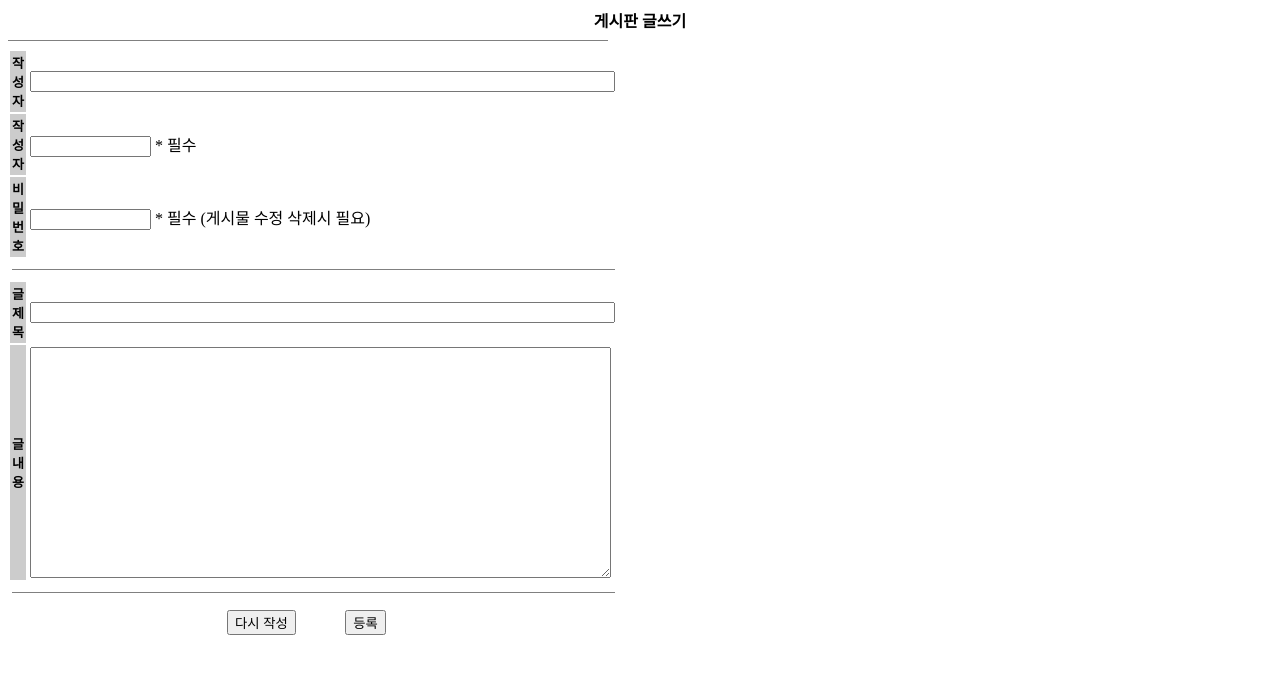
Repository: kalmia26/Capstone
Page: http://localhost/LectureSystem/write2.jsp
An editor plug-in stored every save of this project. The page is shown before and after the next save, followed by the edit.
The browser window is 1280 px wide. The pictures show the whole page.
The page is served by Tomcat 9.

Above is the page before, as saved 2017-05-08 23:13:21.

After the next save:
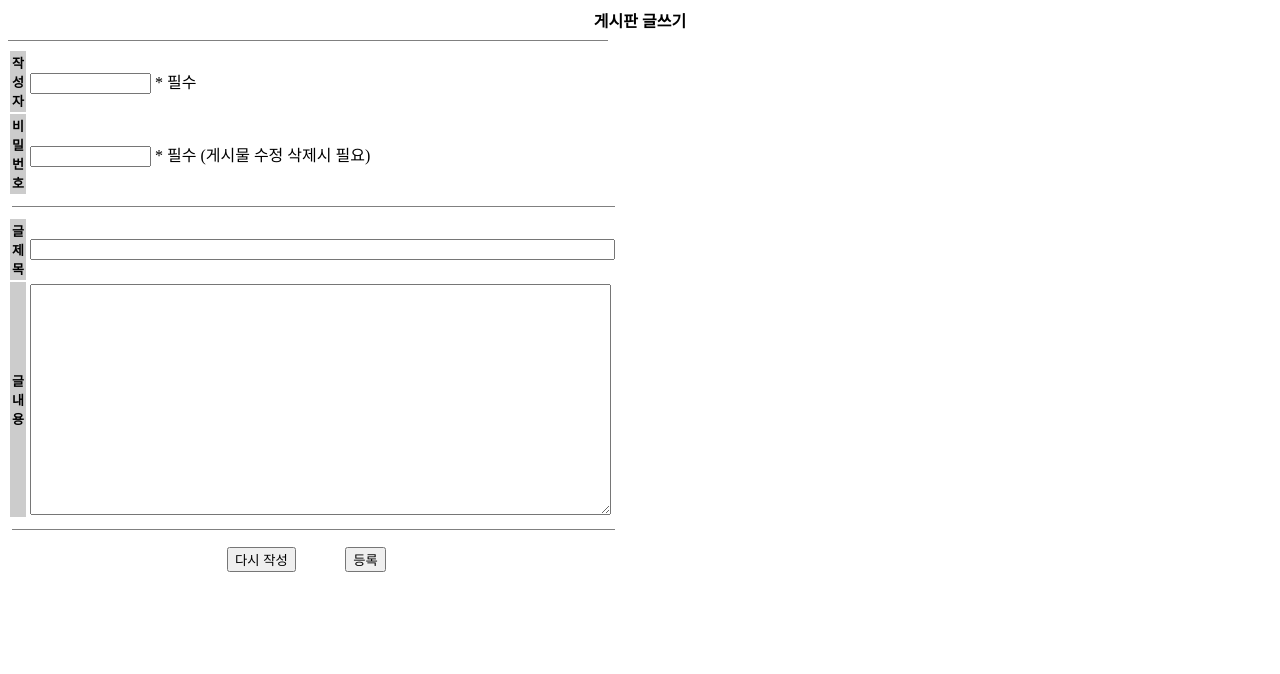
Saved 3 s later.
--- a/LectureSystem/WebContent/write2.jsp
+++ b/LectureSystem/WebContent/write2.jsp
@@ -45,14 +45,6 @@ Write.submit();
 
 <form Name='write1' action="write_input.jsp" Method='post' onsubmit="return Check()">
 	<table border='0' width='600' cellpadding='2' cellspacing='2'>
-		<tr>
-			<td width='100' bgcolor='cccccc'>
-				<font size='2'><center><b>작성자</b></center></font>
-			</td>
-			<td>
-				<font size='2'><input type='text' size='70' maxlength='50' name='title'></font>
-			</td>
-		</tr>
 
 		<tr>
 			<td width='100' bgcolor='cccccc'>
